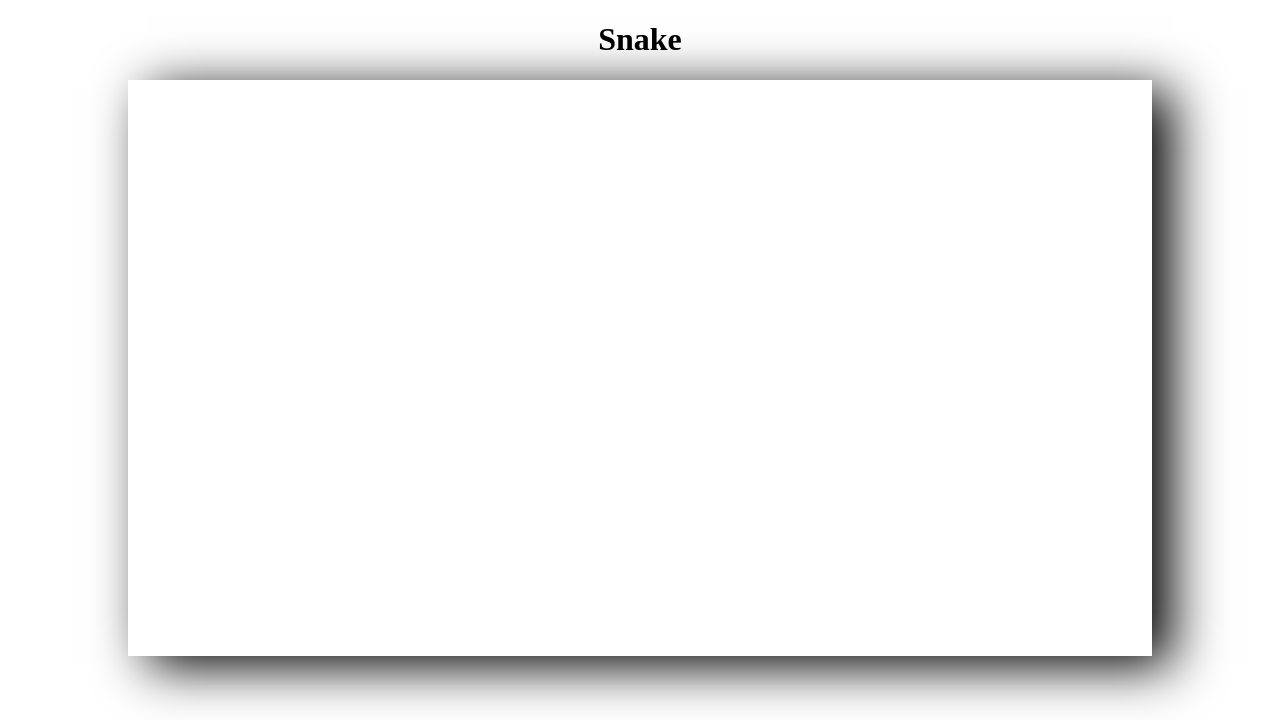
Repository: Ellisvelandia/snake
Page: index.html
These files come from the project's save history. The page is drawn as it stood at one moment and after the next save; the edit follows.
The browser window is 1280 px wide. The pictures show the whole page.

Above is the page before, as saved 2022-08-26 22:21:46.

### index.html
<!DOCTYPE html>
<html lang="en">
<head>
  <meta charset="UTF-8">
  <meta http-equiv="X-UA-Compatible" content="IE=edge">
  <meta name="viewport" content="width=device-width, initial-scale=1.0">
  <link rel="stylesheet" href="style.css">
  <title>Snake</title>
</head>
<body>

  <h1>Snake</h1>

  <canvas id="game"></canvas>
  <script src="index.js"></script>
</body>
</html>

### style.css
body {
  margin: 0;
  padding: 0;
  display: flex;
  flex-direction: column;
  justify-content: center;
  align-items: center;
}

canvas {
  box-shadow: #000 20px 10px 50px;
  width:  80vw;
  height: 80vh;
}

Loaded but not shown: index.js (no stored copy; drawn as an empty file)

After the next save:
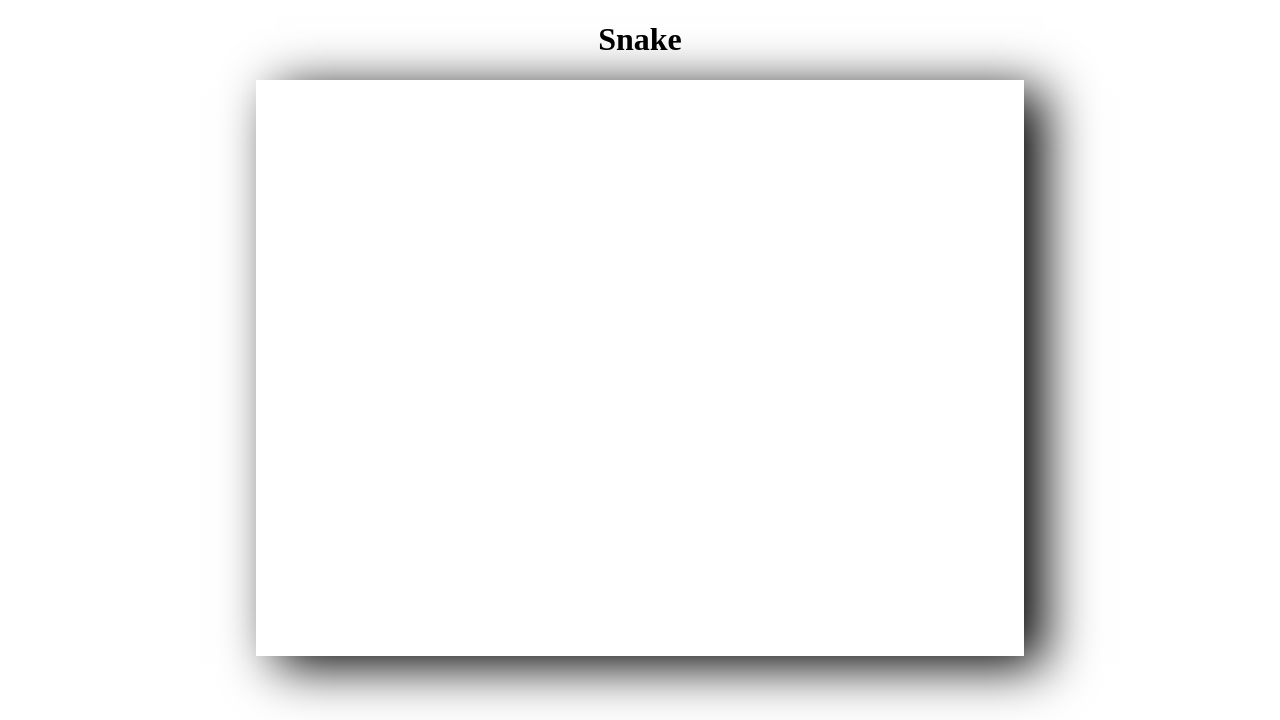
Saved 10 s later.
--- a/style.css
+++ b/style.css
@@ -9,6 +9,6 @@
 
 canvas {
   box-shadow: #000 20px 10px 50px;
-  width:  80vw;
+  width:  60vw;
   height: 80vh;
 }
